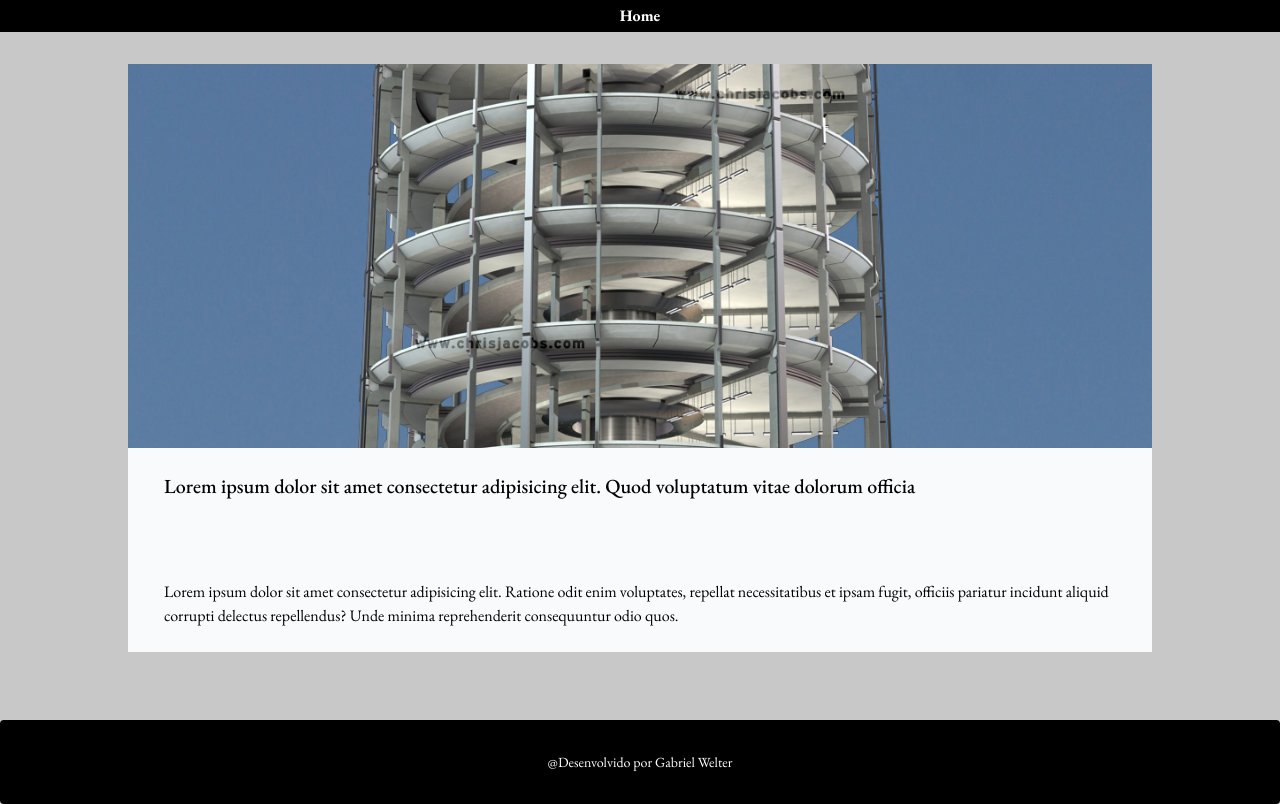
Repository: weltergab/Your-News-2-prismic-cms
Page: /noticiafull
The author's editor kept a copy of each file at every save. The page is drawn from the files as they stood at one save, then again after the next save.
The browser window is 1280 px wide. The pictures show the whole page.
The project was rebuilt for these pictures with package versions that can differ from the ones it lists, and the page was loaded fresh each time. The framework's server and built-in components were replaced by stand-ins that run in the browser. Also part of the build but not shown: next.config.js.

Above is the page before, as saved 2023-04-30 20:09:10.

After the next save:
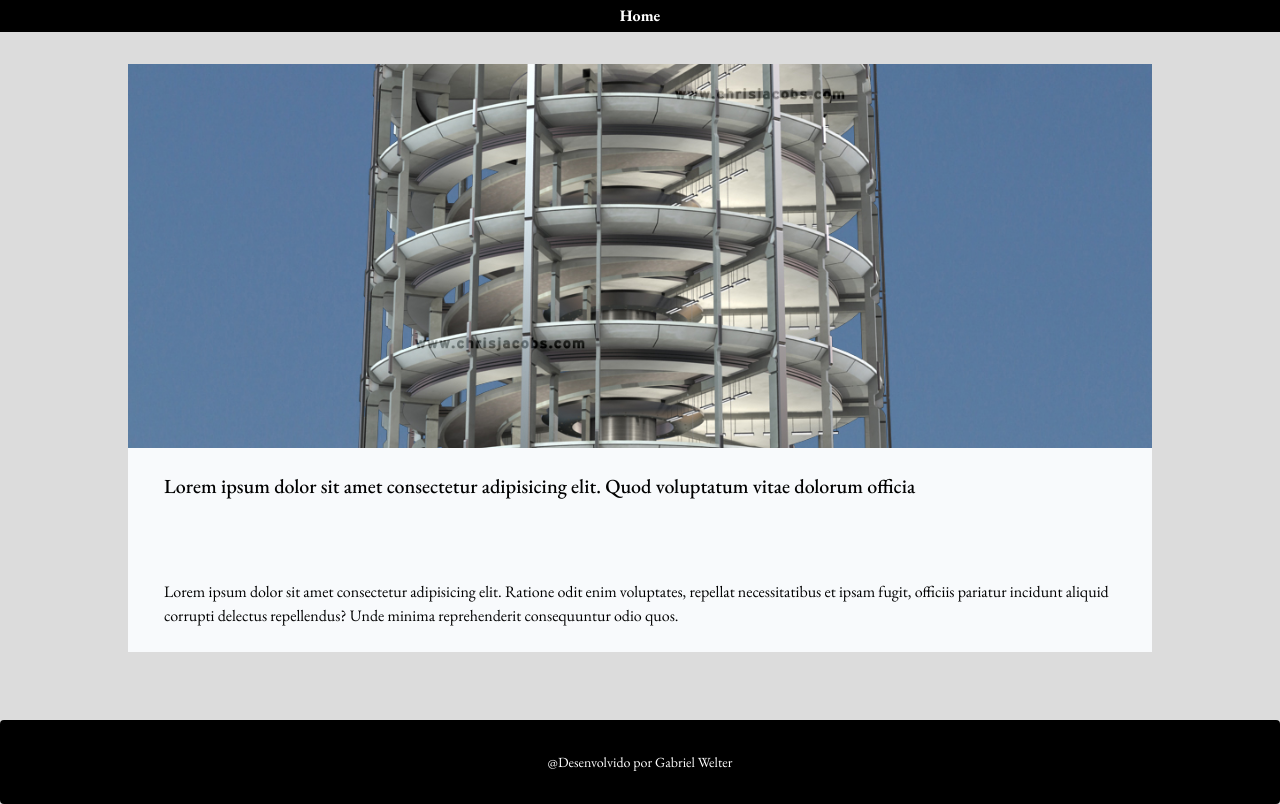
Saved 86 s later.
--- a/tailwind.config.js
+++ b/tailwind.config.js
@@ -80,7 +80,7 @@
         color: {
           'btn': '#0E2A47',
           'btn2': '#485B39',
-          'bg': '#C8C8C8',
+          'bg': '#DCDCDC',
           'bg2': '#f8fafc',
           'del': '#7A1E1E',
           'title': '#000000',
